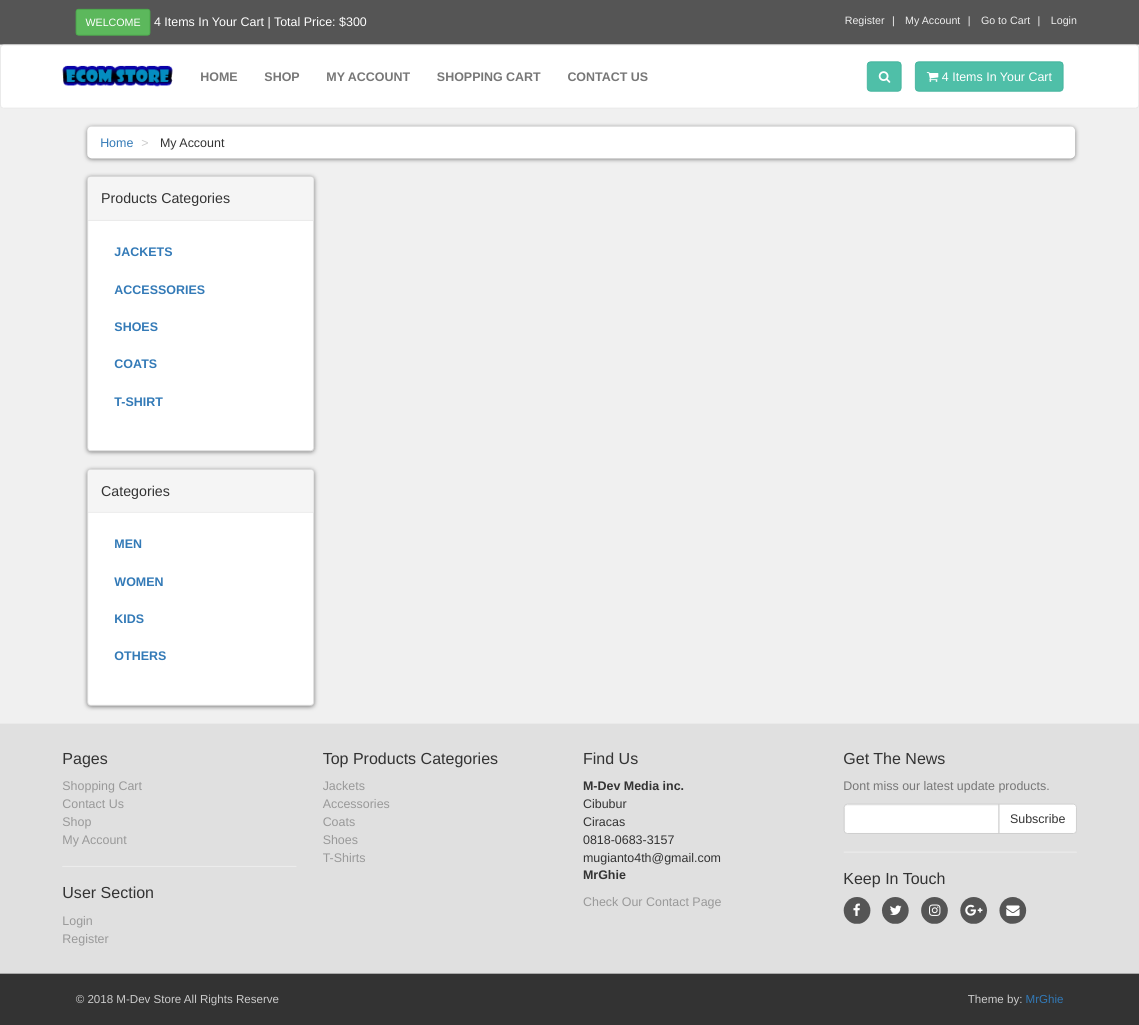
Repository: truonghuynhquy/M_Dev_Store
Page: http://localhost/customer/my_account.php
An editor plug-in stored every save of this project. The page is shown before and after the next save, followed by the edit.
The browser window is 1280 px wide. The pictures show the whole page, at 89% of full size.
The page is run by PHP 8.4 with error messages shown; the project is at /var/www/html/.

Above is the page before, as saved 2022-10-04 08:59:46.

### customer/my_account.php
<!DOCTYPE html>
<html lang="en">

<head>
    <meta charset="UTF-8">
    <meta http-equiv="X-UA-Compatible" content="IE=edge">
    <meta name="viewport" content="width=device-width, initial-scale=1.0">
    <title>M-Dev Shop</title>
    <link rel="stylesheet" href="styles/bootstrap-337.min.css">
    <link rel="stylesheet" href="styles/style.css">
    <link rel="stylesheet" href="font-awsome/css/font-awesome.min.css">
</head>

<body>
    <div id="top">
        <!--  Top:     Begin  -->

        <div class="container">
            <!--  Container:     Begin  -->
            <div class="col-md-6 offer">
                <!--  col-md-6 offer:     Begin  -->
                <a href="#" class="btn btn-success btn-sm">Welcome</a>
                <a href="checkout.php">4 Items In Your Cart | Total Price: $300</a>
            </div><!--  col-md-6:     Finish  -->

            <div class="col md-6">
                <!--  col-md-6:     Begin  -->

                <ul class="menu">
                    <!--  menu:     Begin  -->
                    <li>
                        <a href="customer_register.php">Register</a>
                    </li>
                    <li>
                        <a href="checkout.php">My Account</a>
                    </li>
                    <li>
                        <a href="cart.php">Go to Cart</a>
                    </li>
                    <li>
                        <a href="checkout.php">Login</a>
                    </li>

                </ul><!--  menu:     Finish  -->

            </div><!--  col-md-6:     Finish  -->

        </div><!--  Container:     Finish  -->

    </div><!--  Top:    Finish  -->

    <div id="navbar" class="navbar navbar-default">
        <!--  navbar navbar-default:    Begin  -->

        <div class="container">
            <!--  container:    Begin  -->

            <div class="nav-header">
                <!--  nav-header:    Begin  -->

                <a href="index.php" class="navbar-brand home">
                    <!-- navbar-brand home Begin -->

                    <img src="images/ecom-store-logo.png" alt="M-dev-Store Logo" class="hidden-xs">
                    <img src="images/ecom-store-logo-mobile.png" alt="M-dev-Store Logo Mobile" class="visible-xs">

                </a><!-- navbar-brand home Finish -->

                <button class="navbar-toggle" data-toggle="collapse" data-target="#navigation">

                    <span class="sr-only">Toggle navigation</span>

                    <i class="fa fa-align-justify"></i>

                </button>

                <button class="navbar-toggle" data-toggle="collapse" data-target="#search">

                    <span class="sr-only">Toggle Search</span>

                    <i class="fa fa-search"></i>

                </button>

            </div><!--  nav-header:    Finish  -->

            <div class="collapse navbar-collapse" id="navigation">
                <!-- navbar-collapse collapse Begin -->

                <div class="padding-nav">
                    <!-- padding-nav Begin -->

                    <ul class="nav navbar-nav left">
                        <!-- nav navbar-nav left Begin -->

                        <li>
                            <a href="index.php">Home</a>
                        </li>
                        <li>
                            <a href="shop.php">Shop</a>
                        </li>
                        <li>
                            <a class="active" href="checkout.php">My Account</a>
                        </li>
                        <li>
                            <a href="cart.php">Shopping Cart</a>
                        </li>
                        <li>
                            <a href="contact.php">Contact Us</a>
                        </li>

                    </ul><!-- nav navbar-nav left Finish -->

                </div><!-- padding-nav Finish -->

                <a href="cart.php" class="btn navbar-btn btn-primary right">

                    <!-- btn navbar-btn btn-primary Begin -->

                    <i class="fa fa-shopping-cart"></i>

                    <span>4 Items In Your Cart</span>

                </a><!-- btn navbar-btn btn-primary Finish -->

                <div class="navbar-collapse collapse right">
                    <!-- navbar-collapse collapse right Begin -->

                    <button class="btn btn-primary navbar-btn" type="button" data-toggle="collapse" data-target="#search">
                        <!-- btn btn-primary navbar-btn Begin -->

                        <span class="sr-only">Toggle Search</span>

                        <i class="fa fa-search"></i>

                </div><!-- navbar-collapse collapse right Finish -->

                <div class="collapse clearfix" id="search">
                    <!-- collapse clearfix Begin -->

                    <form method="get" action="results.php" class="navbar-form">
                        <!-- navbar-form Begin -->

                        <div class="input-group">
                            <!-- input-group Begin -->

                            <input type="text" class="form-control" placeholder="Search" name="user_query" required>

                            <span class="input-group-btn">
                                <!-- input-group-btn Begin -->

                                <button type="submit" name="search" value="Search" class="btn btn-primary">
                                    <!-- btn btn-primary Begin -->

                                    <i class="fa fa-search"></i>

                                </button><!-- btn btn-primary Finish -->

                            </span><!-- input-group-btn Finish -->

                        </div><!-- input-group Finish -->

                    </form><!-- navbar-form Finish -->

                </div><!-- collapse clearfix Finish -->

            </div><!-- navbar-collapse collapse Finish -->

        </div><!--  container:    Finish  -->

    </div><!--  navbar navbar-default:    Finish  -->

    <div id="content">
        <!-- #content Begin -->

        <div class="container">
            <!-- container Begin -->

            <div class="col-md-12">
                <!-- col-md-12 Begin -->

                <ul class="breadcrumb">
                    <!-- breadcrumb Begin -->

                    <li>
                        <a href="index.php">Home</a>
                    </li>
                    <li>
                        My Account
                    </li>

                </ul><!-- breadcrumb Finish -->

            </div><!-- col-md-12 Finish  -->

            <div class="col-md-3">
                <!-- col-md-3 Begin -->

                <?php

                include("includes/sidebar.php");
                ?>

            </div><!-- col-md-3 Finish -->
        </div><!-- container Finish  -->

    </div> <!-- #content Finish  -->

    <?php

    include("includes/footer.php");

    ?>

    <script src="js/jquery-331.min.js"></script>
    <script src="js/bootstrap-337.min.js"></script>


</body>

</html>

### customer/includes/sidebar.php
<div class="panel panel-default sidebar-menu">
    <!-- panel panel-default sidebar-menu Begin -->

    <div class="panel-heading">
        <!-- panel-heading Begin -->

        <h3 class="panel-title">Products Categories</h3>

    </div><!-- panel-heading Finish -->

    <div class="panel-body">
        <!-- panel-body Begin -->

        <ul class="nav nav-pills nav-stacked category-menu">
            <!-- nav nav-pills nav-stacked category-menu Begin -->

            <li><a href="#">Jackets</a></li>
            <li><a href="#">Accessories</a></li>
            <li><a href="#">Shoes</a></li>
            <li><a href="#">Coats</a></li>
            <li><a href="#">T-Shirt</a></li>

        </ul><!-- nav nav-pills nav-stacked category-menu Finish -->

    </div><!-- panel-body Finish -->

</div><!-- panel panel-default sidebar-menu Finish -->

<div class="panel panel-default sidebar-menu">
    <!-- panel panel-default sidebar-menu Begin -->

    <div class="panel-heading">
        <!-- panel-heading Begin -->

        <h3 class="panel-title">Categories</h3>

    </div><!-- panel-heading Finish -->

    <div class="panel-body">
        <!-- panel-body Begin -->

        <ul class="nav nav-pills nav-stacked category-menu">
            <!-- nav nav-pills nav-stacked category-menu Begin -->

            <li><a href="#">Men</a></li>
            <li><a href="#">Women</a></li>
            <li><a href="#">Kids</a></li>
            <li><a href="#">Others</a></li>

        </ul><!-- nav nav-pills nav-stacked category-menu Finish -->

    </div><!-- panel-body Finish -->

</div><!-- panel panel-default sidebar-menu Finish -->

### customer/includes/footer.php
<div id="footer">
    <!-- #footer Begin -->

    <div class="container">
        <!-- container Begin -->

        <div class="row">
            <!-- row Begin -->

            <div class="col-sm-6 col-md-3">
                <!-- col-sm-6 col-md-3 Begin -->

                <h4>Pages</h4>

                <ul>
                    <!-- ul Begin -->
                    <li><a href="cart.php">Shopping Cart</a></li>
                    <li><a href="contact.php">Contact Us</a></li>
                    <li><a href="shop.php">Shop</a></li>
                    <li><a href="checkout.php">My Account</a></li>
                </ul><!-- ul Finish -->

                <hr>

                <h4>User Section</h4>

                <ul>
                    <!-- ul Begin -->
                    <li><a href="checkout.php">Login</a></li>
                    <li><a href="customer_register.php">Register</a></li>
                </ul><!-- ul Finish -->

                <hr class="hidden-md hidden-lg hidden-sm">

            </div><!-- col-sm-6 col-md-3 Finish -->

            <div class="com-sm-6 col-md-3">
                <!-- col-sm-6 col-md-3 Begin -->

                <h4>Top Products Categories</h4>

                <ul>
                    <!-- ul Begin -->
                    <li><a href="#">Jackets</a></li>
                    <li><a href="#">Accessories</a></li>
                    <li><a href="#">Coats</a></li>
                    <li><a href="#">Shoes</a></li>
                    <li><a href="#">T-Shirts</a></li>
                </ul><!-- ul Finish -->

                <hr class="hidden-md hidden-lg">

            </div><!-- col-sm-6 col-md-3 Finish -->

            <div class="col-sm-6 col-md-3">
                <!-- col-sm-6 col-md-3 Begin -->

                <h4>Find Us</h4>

                <p>
                    <!-- p Start -->

                    <strong>M-Dev Media inc.</strong>
                    <br />Cibubur
                    <br />Ciracas
                    <br />0818-0683-3157
                    <br />mugianto4th@gmail.com
                    <br /><strong>MrGhie</strong>

                </p><!-- p Finish -->

                <a href="contact.php">Check Our Contact Page</a>

                <hr class="hidden-md hidden-lg">

            </div><!-- col-sm-6 col-md-3 Finish -->

            <div class="col-sm-6 col-md-3">

                <h4>Get The News</h4>

                <p class="text-muted">
                    Dont miss our latest update products.
                </p>

                <form action="" method="post">
                    <!-- form begin -->
                    <div class="input-group">
                        <!-- input-group begin -->

                        <input type="text" class="form-control" name="email">

                        <span class="input-group-btn">
                            <!-- input-group-btn begin -->

                            <input type="submit" value="Subscribe" class="btn btn-default">

                        </span><!-- input-group-btn Finish -->

                    </div><!-- input-group Finish -->

                </form><!-- form Finish -->

                <hr>

                <h4>Keep In Touch</h4>

                <p class="social">
                    <a href="#" class="fa fa-facebook"></a>
                    <a href="#" class="fa fa-twitter"></a>
                    <a href="#" class="fa fa-instagram"></a>
                    <a href="#" class="fa fa-google-plus"></a>
                    <a href="#" class="fa fa-envelope"></a>
                </p>

            </div><!-- col-sm-6 col-md-3 Finish -->

        </div><!-- row Finish -->

    </div><!-- container Finish -->

</div><!-- #footer Finish -->

<div id="copyright">
    <!-- #copyright Begin -->

    <div class="container">
        <!-- container Begin -->

        <div class="col-md-6">
            <!-- col-md-6 Begin -->

            <p class="pull-left">&copy; 2018 M-Dev Store All Rights Reserve</p>

        </div><!-- col-md-6 Finish -->

        <div class="col-md-6">
            <!-- col-md-6 Begin -->

            <p class="pull-right">Theme by: <a href="#">MrGhie</a></p>

        </div><!-- col-md-6 Finish -->

    </div><!-- container Finish -->

</div><!-- #copyright Finish -->

### customer/styles/style.css
/* General Styles */

body {
    font-size: 14px;
    line-height: 1.42857143;
    color: #333333;
    background: #f0f0f0;
    overflow-x: hidden;
}

/* Top Styles */

#top {
    background: #555555;
    padding: 10px 0;
}
#top .offer {
    color: #ffffff;
}
#top .offer .btn {
    text-transform: uppercase;
}
@media (max-width: 991px) {
    #top .offer {
        margin-bottom: 10px;
    }
}
@media (max-width: 991px) {
    #top {
        font-size: 12px;
        text-align: center;
    }
}
#top a {
    color: #ffffff;
}
#top ul.menu {
    padding-top: 5px;
    margin: 0px;
    text-align: right;
    font-size: 12px;
    list-style: none;
}
@media (max-width: 991px) {
    #top ul.menu {
        text-align: center;
    }
}
#top ul.menu > li {
    display: inline-block;
}
#top ul.menu > li a {
    color: #eeeeee;
}
#top ul.menu > li + li:before {
    content: "|\00a0";
    color: #f7f7f7;
    padding: 0 5px;
}

/* Header Styles */

.navbar {
    background: #ffffff;
}
.navbar-collapse .right {
    float: right;
}
.navbar-brand {
    float: left;
    padding: 10px 15px;
    font-size: 18px;
    line-height: 20px;
    height: 70px;
}
.navbar-brand:hover,
.navbar-brand:focus {
    text-decoration: none;
}
.navbar ul.nav > li > a {
    text-transform: uppercase;
    font-weight: bold;
    font-size: 14px;
}
.navbar ul.nav > li > a:hover {
    background: #e7e7e7;
}
.padding-nav {
    padding-top: 10px;
}
.btn-primary {
    color: rgb(255, 255, 255);
    background: rgb(79, 191, 168);
    border-color: rgb(65, 179, 156);
}
#search .navbar-form {
    float: right;
}
#search {
    clear: both;
    border-top: solid 1px #9adacd;
    text-align: right;
}
#search .navbar-form .input-group {
    display: table;
}
#search .navbar-form .input-group .form-control {
    width: 100%;
}
#slider {
    margin-bottom: 40px;
}

/* advantages Styles */

#advantages {
    text-align: center;
}
.box {
    background: #ffffff;
    margin: 0 0 30px;
    border: solid 1px #e6e6e6;
    box-sizing: border-box;
    padding: 20px;
    box-shadow: 0px 2px 5px rgba(0, 0, 0, 0.3);
}
#advantages .box .icon {
    position: absolute;
    font-size: 120px;
    width: 100%;
    text-align: center;
    top: -20px;
    left: 0px;
    height: 100%;
    float: left;
    color: #dadada;
    box-sizing: border-box;
    z-index: 1;
}
#advantages .box h3 {
    position: relative;
    margin: 0 0 20px;
    font-weight: 300;
    text-transform: uppercase;
    z-index: 2;
}
#advantages .box h3 a {
    color: #4fbfa8;
}
#advantages .box h3 a:hover {
    text-decoration: none;
}
#advantages .box p {
    position: relative;
    z-index: 2;
    color: #555555;
}

/* Latest Products Styles */

#hot h2 {
    font-size: 36px;
    font-weight: 400;
    color: #4fbfa8;
    text-align: center;
    text-transform: uppercase;
}
#content {
    padding-left: 25px;
}
.single {
    width: 290px;
}
@media (max-width: 768px) {
    .single {
        width: 60%;
        margin: 0 auto;
    }
}
#content .product {
    background: #ffffff;
    border: solid 1px #e6e6e6;
    margin-bottom: 30px;
    box-sizing: border-box;
}
#content .product .text {
    padding: 10px 10px 0px;
}
#content .product .text p.price {
    font-size: 18px;
    text-align: center;
    font-weight: 400;
}
#content .product .text h3 {
    text-align: center;
    font-size: 20px;
}
#content .product .text .button {
    text-align: center;
    clear: both;
}
#content .product .text .button .btn {
    margin-bottom: 10px;
}
#content .product .text h3 a {
    color: rgb(85, 85, 85);
}

/*  Breadcrumb Styles  */

.breadcrumb {
    padding: 8px 15px;
    margin-bottom: 20px;
    background: #ffffff;
    border-radius: 5px;
    box-shadow: 0px 1px 5px rgba(0, 0, 0, 0.5);
}
.breadcrumb > li + li:before {
    content: ">\00a0";
    color: #cccccc;
}
@media (max-width: 991px) {
    .breadcrumb {
        padding: 8px 0px;
        text-align: center;
    }
}

/*  Products Categories & Categories Styles */

#content .panel.sidebar-menu {
    box-sizing: border-box;
    box-shadow: 0px 1px 5px rgba(0, 0, 0, 0.5);
}
#content .panel.sidebar-menu ul.nav.category-menu {
    margin-bottom: 20px;
}
#content .panel.sidebar-menu ul.nav.category-menu li a {
    text-transform: uppercase;
    font-weight: 600;
}
#content .panel.sidebar-menu h3 {
    padding: 5px 0px;
    margin: 0px;
}

/*  Shop Products Tyles  */

@media (max-width: 768px) {
    .center-responsive {
        width: 70%;
        margin: 0px auto;
    }
}
@media (max-width: 550px) {
    .center-responsive {
        width: 95%;
        margin: 0px auto;
    }
}

/*  Details.php Styles */

#content #productMain {
    margin-bottom: 30px;
}
#content #productMain .price {
    font-size: 30px;
    font-weight: 300;
    text-align: center;
    margin-top: 30px;
}
#content #mainImage {
    box-shadow: 0px 1px 5px rgba(0, 0, 0, 0.7);
}
#content #thumbs a {
    display: block;
    box-shadow: 0px 1px 5px rgba(0, 0, 0, 0.5);
    border: 2px solid transparent;
}
#content .headline {
    height: 305px;
}

/*  Cart.php Styles  */

#content #cart .table tbody tr td img {
    width: 50px;
}
#content #cart .table tbody tr td input {
    width: 40px;
    text-align: right;
}
#content #cart .table tbody tr td {
    vertical-align: middle;
}
#content #cart .table tfoot {
    font-size: 18px;
}
.box .box-footer {
    background-color: #f7f7f7;
    margin: 30px -20px 20px;
    padding: 20px;
    border-top: 1px solid #eeeeee;
}
.box .box-footer:before,
.box .box-footer:after {
    content: "";
    display: table;
}
.box .box-footer:after {
    clear: both;
}
.box .box-header {
    background-color: #f7f7f7;
    margin: -20px -20px 20px;
    padding: 20px;
    border-top: 1px solid #eeeeee;
}
#content #order-summary table {
    margin-top: 20px;
}
#content #order-summary table td {
    color: #999999;
}
#content #order-summary table tr.total td,
#content #order-summary table tr.total th {
    font-size: 18px;
    color: #555555;
    font-weight: 700;
}

/*  For Microsoft Edged */

@-moz-document url-prefix() {
    .form-height-custom {
        height: auto;
    }
}

/*  Footer Styles  */

#footer {
    background: #e0e0e0;
    padding: 20px 0;
}
#footer a {
    color: #999999;
    padding: 0;
    text-decoration: none;
}
#footer a:hover {
    color: #666666;
}
#footer ul {
    list-style: none;
    padding-left: 0px;
}
#footer .social {
    text-align: left;
}
#footer .social a {
    margin: 0px 10px 0px 0px;
    display: inline-block;
    color: #ffffff;
    width: 30px;
    height: 30px;
    border-radius: 15px;
    line-height: 30px;
    font-size: 15px;
    text-align: center;
    vertical-align: bottom;
    background: #555555;
    text-decoration: none;
}
#footer .social a:hover {
    color: #dedede;
    background: #777777;
}

/*  Copyright Styles  */

#copyright {
    background: #333333;
    color: #cccccc;
    padding: 20px 0px;
    font-size: 13px;
}
#copyright p {
    margin: 0px;
}

Loaded but not shown: customer/styles/bootstrap-337.min.css (library); customer/font-awsome/css/font-awesome.min.css (library); customer/js/jquery-331.min.js (library); customer/js/bootstrap-337.min.js (library)

After the next save:
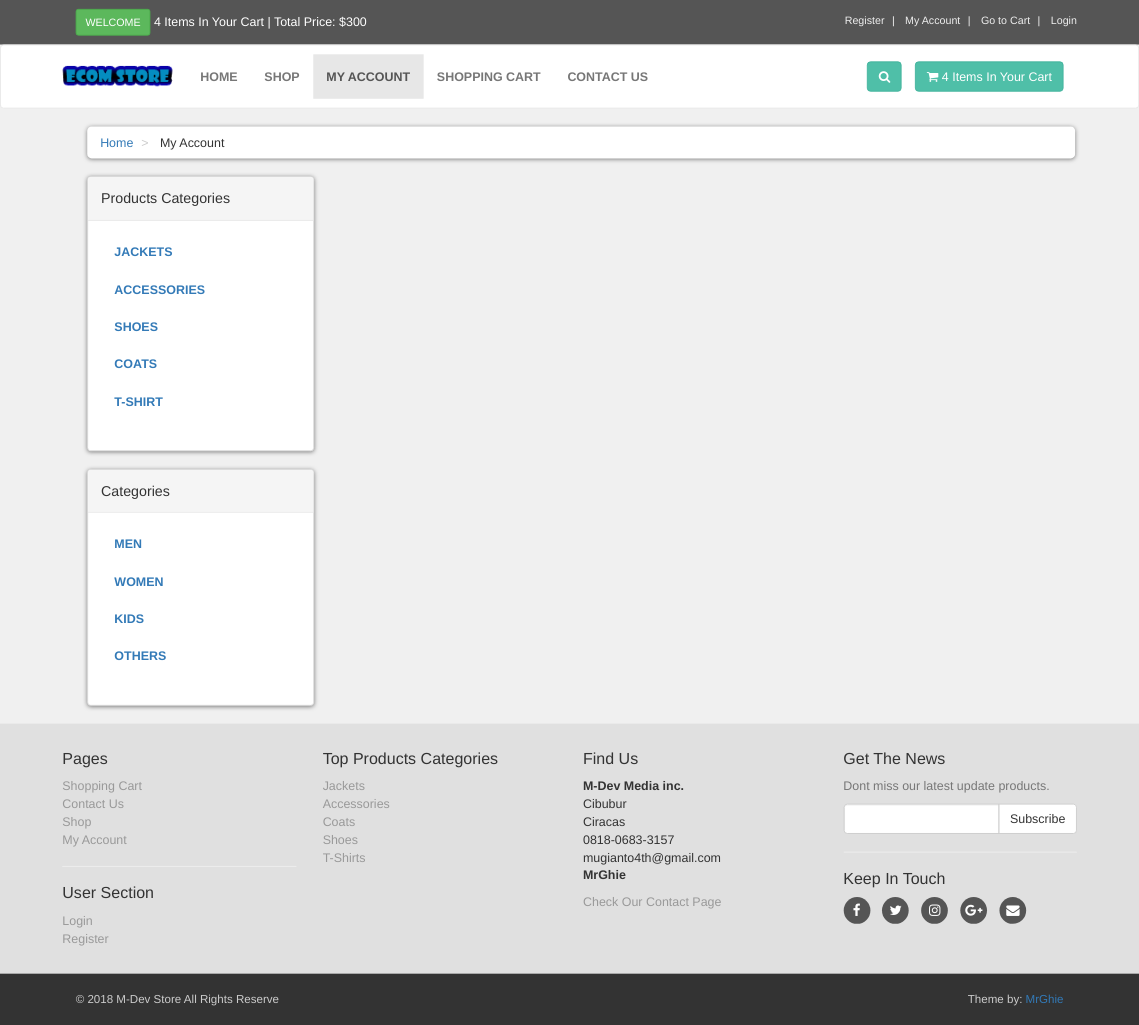
Saved 24 s later.
--- a/customer/my_account.php
+++ b/customer/my_account.php
@@ -99,8 +99,8 @@
                         <li>
                             <a href="shop.php">Shop</a>
                         </li>
-                        <li>
-                            <a class="active" href="checkout.php">My Account</a>
+                        <li class="active">
+                            <a href="checkout.php">My Account</a>
                         </li>
                         <li>
                             <a href="cart.php">Shopping Cart</a>
